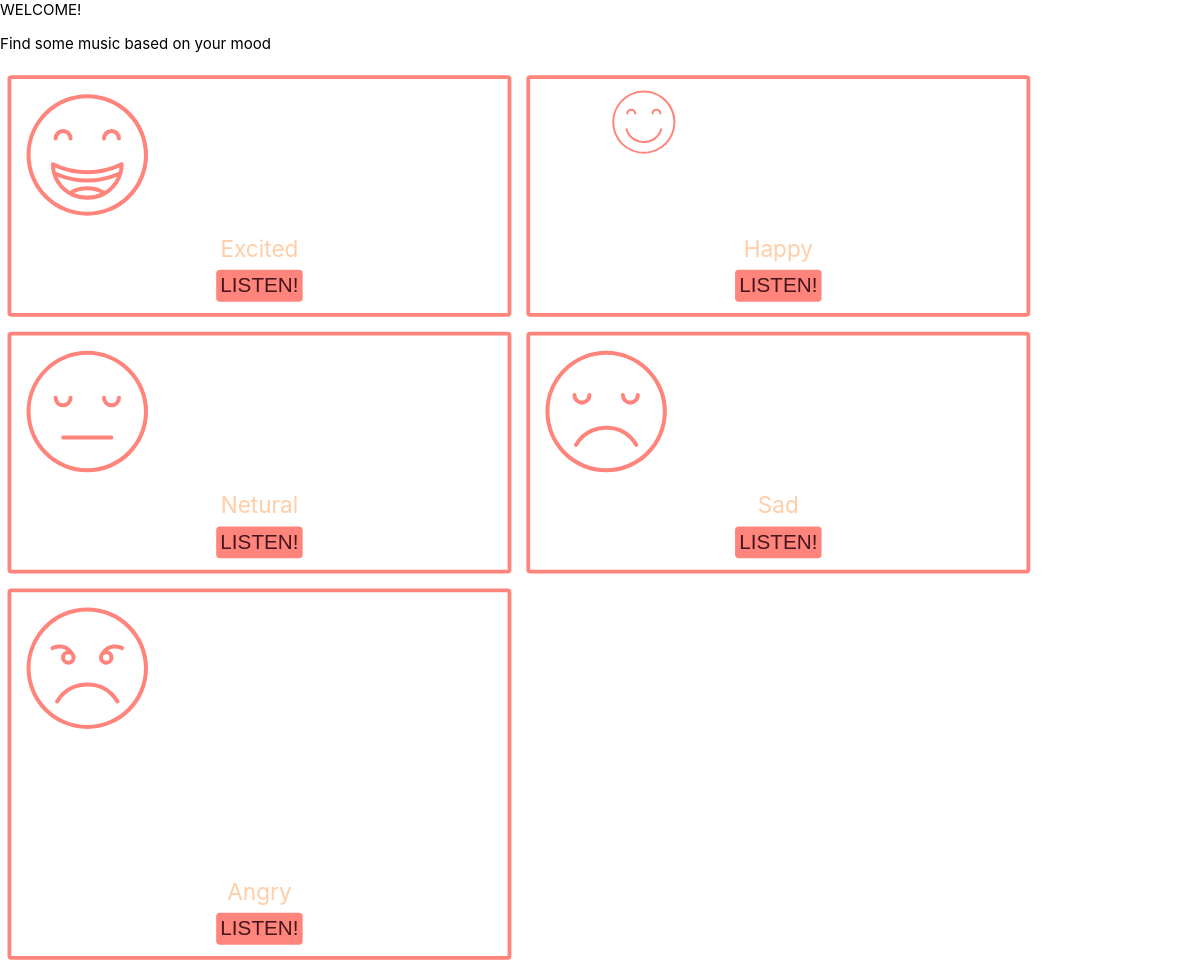
Repository: majakesin/moodify-app
Page: /
The author's editor kept a copy of each file at every save. The page is drawn from the files as they stood at one save, then again after the next save.
The browser window is 1280 px wide. The pictures show the whole page, at 94% of full size.
The project was rebuilt for these pictures with package versions that can differ from the ones it lists, and the page was loaded fresh each time.

Above is the page before, as saved 2023-08-21 13:08:24.

After the next save:
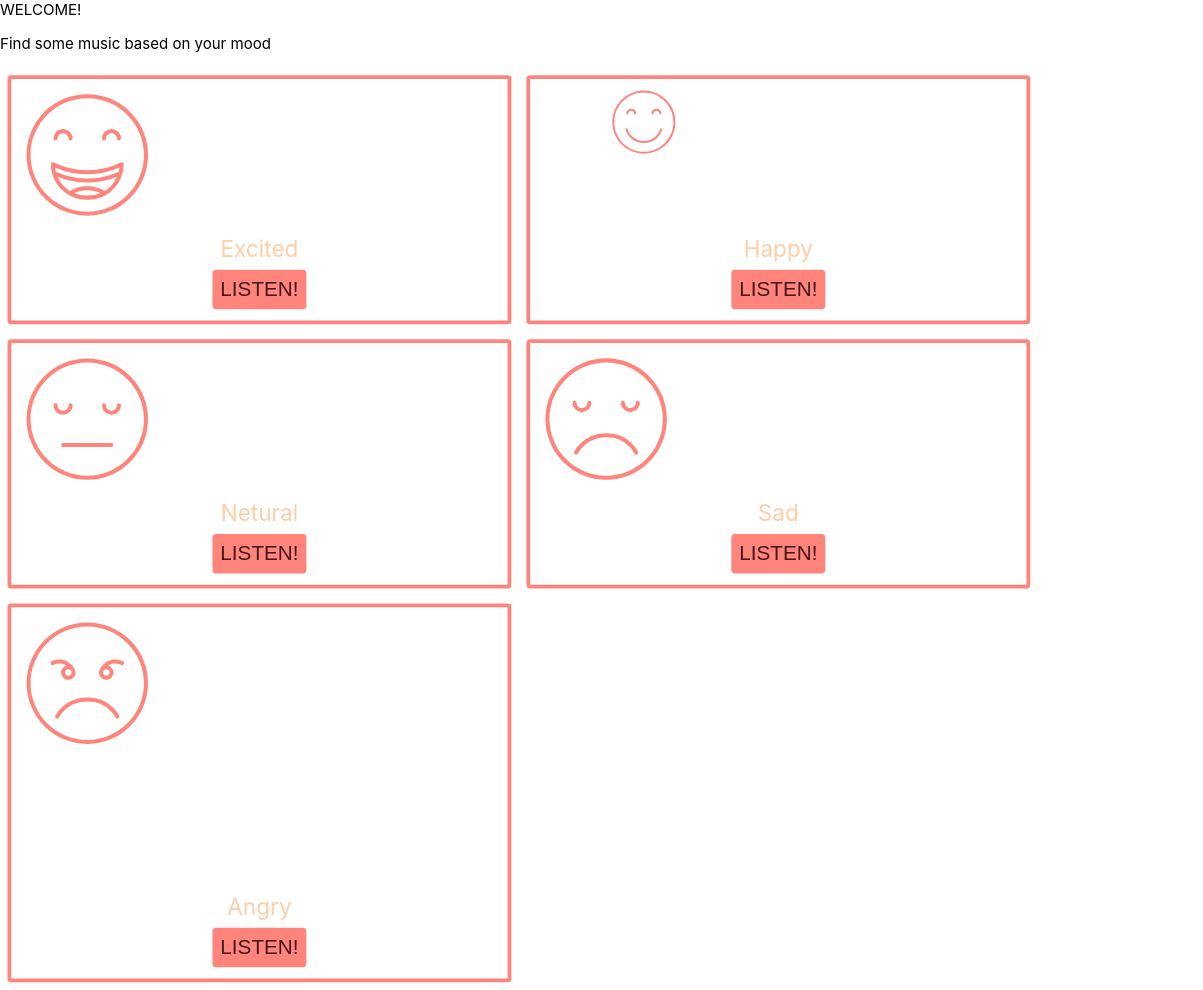
Saved 9 s later.
--- a/src/App.css
+++ b/src/App.css
@@ -3,7 +3,7 @@
 button {
   border: none;
   border-radius: 4px;
-  padding: 4px;
+  padding: 8px;
   font-size: 22px;;
   margin: 4px;
   background-color: var(--third-color);
